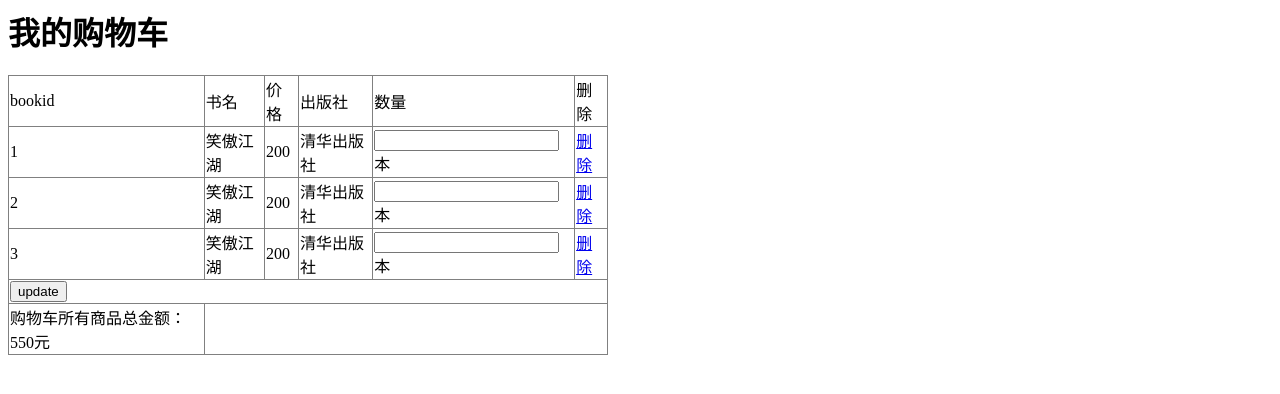
Repository: zhouguangyuan/hspjsp
Page: http://localhost/myshopping/
An editor plug-in stored every save of this project. The page is shown before and after the next save, followed by the edit.
The browser window is 1280 px wide. The pictures show the whole page.
The page is served by Tomcat 9.

Above is the page before, as saved 2018-03-25 09:00:49.

After the next save:
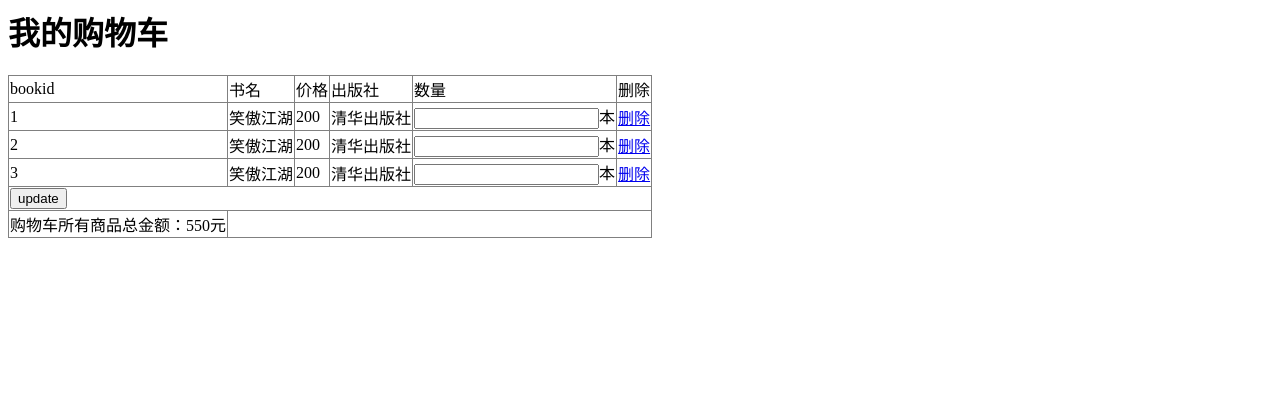
Saved 113 s later.
--- a/myshopping/WebRoot/WEB-INF/showMyCart.jsp
+++ b/myshopping/WebRoot/WEB-INF/showMyCart.jsp
@@ -25,7 +25,7 @@ String basePath = request.getScheme()+"://"+request.getServerName()+":"+request.
   <body>
     <h1>我的购物车</h1>
     <form action="?" method="post">
-    <table border="1" style="border-collapse:collapse; width:600px;">
+    <table border="1" style="border-collapse:collapse;">
     <tr><td>bookid</td><td>书名</td><td>价格</td><td>出版社</td><td>数量</td><td>删除</td></tr>
     <tr><td>1</td><td>笑傲江湖</td><td>200</td><td>清华出版社</td><td><input type='text' name='booknum' />本</td><td><a href="#">删除</a></td></tr>
     <tr><td>2</td><td>笑傲江湖</td><td>200</td><td>清华出版社</td><td><input type='text' name='booknum' />本</td><td><a href="#">删除</a></td></tr>
